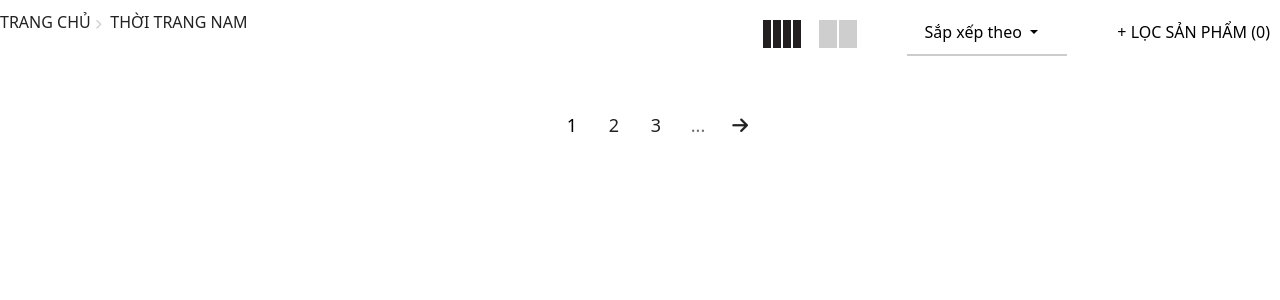
Repository: NguyenQuangQuan021099/FE_Page-Male
Page: index.html
An editor plug-in stored every save of this project. The page is shown before and after the next save, followed by the edit.
The browser window is 1280 px wide. The pictures show the whole page.
The page's requests for data from a server got no answer. Some web libraries are served in a nearby version.

Above is the page before, as saved 2021-07-08 18:59:14.

After the next save:
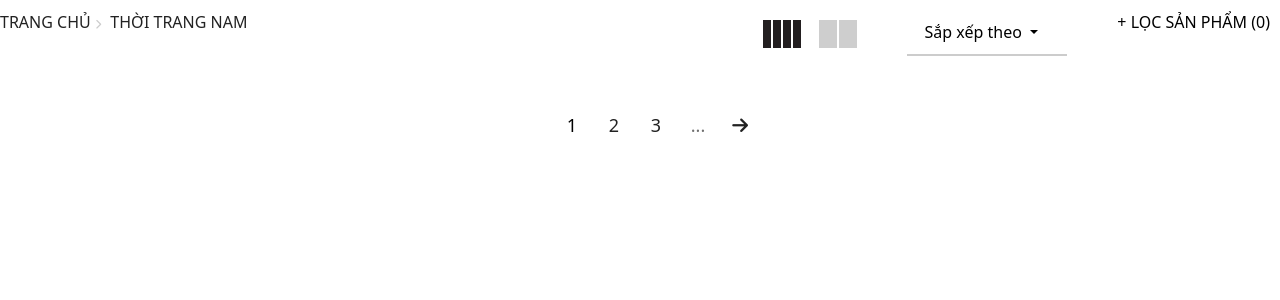
Saved 3 min 42 s later.
--- a/style.css
+++ b/style.css
@@ -106,6 +106,7 @@
     background-color: #fff;
 }
 
+.re
 /* begin filter */
 .filter__toggle{
     margin-top: 10px;

After the 3 saves that followed:
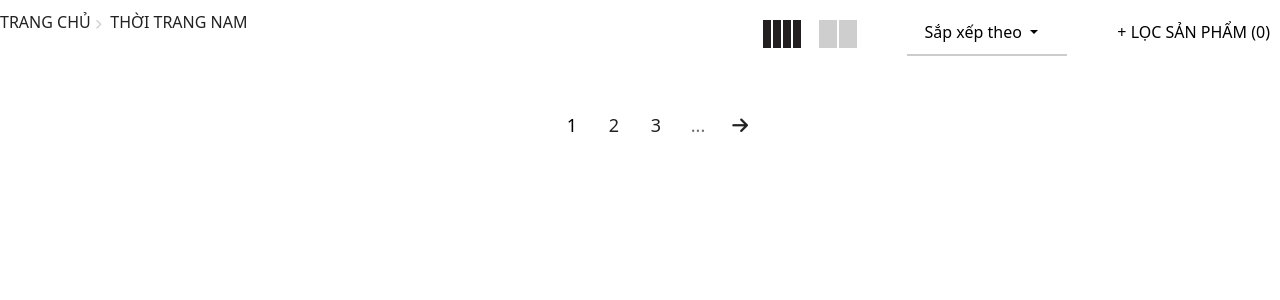
The 3 saves are shown as one change because they came seconds apart.
The last was saved 8 s later.
--- a/style.css
+++ b/style.css
@@ -106,7 +106,9 @@
     background-color: #fff;
 }
 
-.re
+.reset-close .close{
+    tra
+}
 /* begin filter */
 .filter__toggle{
     margin-top: 10px;
